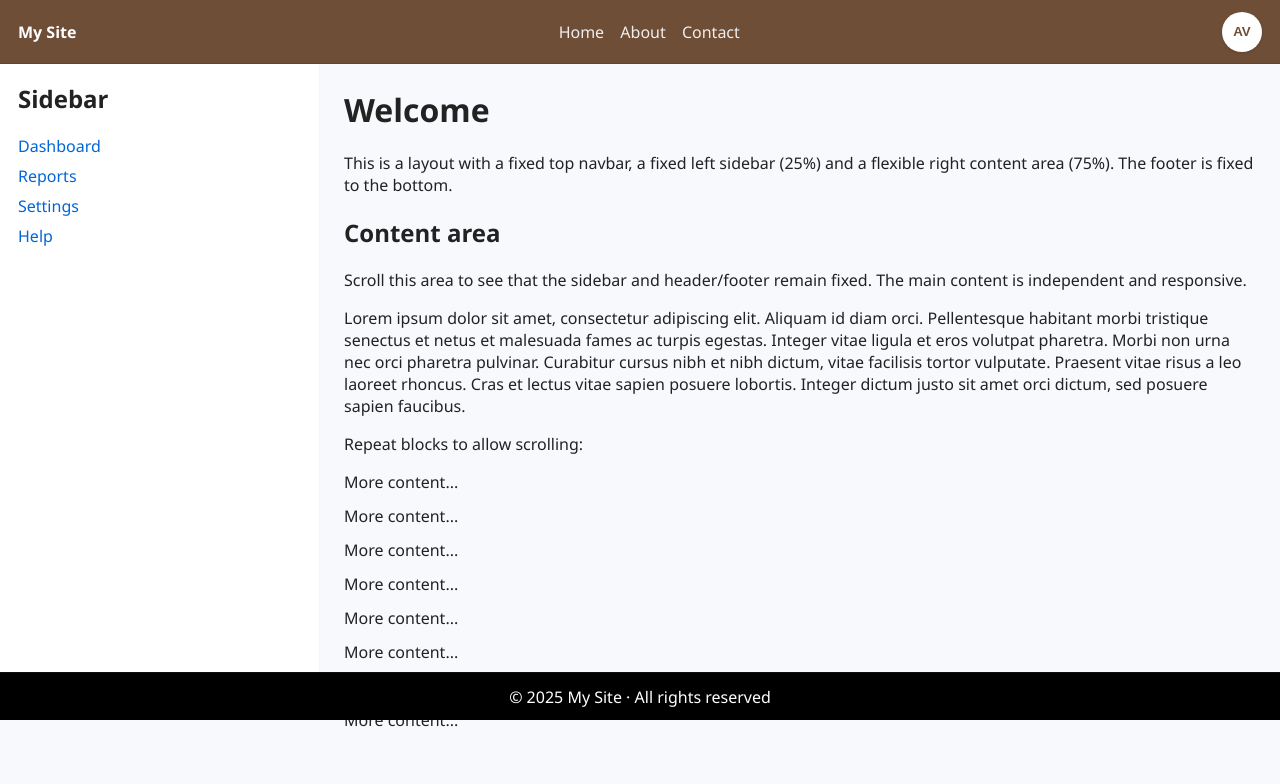
Repository: AdityaTech-Pro/FullStackWithBridgelabz
Page: Assignment8/WebPageWithFixedNavbarAndFooter/index.html
These files come from the project's save history. The page is drawn as it stood at one moment and after the next save; the edit follows.
The browser window is 1280 px wide. The pictures show the whole page.

Above is the page before, as saved 2025-11-05 09:22:30.

### Assignment8/WebPageWithFixedNavbarAndFooter/index.html
<!doctype html>
<html lang="en">

<head>
    <meta charset="utf-8" />
    <meta name="viewport" content="width=device-width, initial-scale=1" />
    <title>Fixed Navbar, Sidebar & Footer Layout</title>
    <link rel="stylesheet" href="styles.css">
</head>

<body>
    <header class="site-header">
        <div class="brand">My Site</div>
        <nav class="top-nav">
            <a href="#">Home</a>
            <a href="#">About</a>
            <a href="#">Contact</a>
        </nav>
        <!-- Profile circle (initials shown if no image) -->
        <button class="profile" title="User menu" aria-label="User menu">AV</button>
    </header>

    <aside class="sidebar-left" aria-label="Primary sidebar">
        <div class="sidebar-inner">
            <h2>Sidebar</h2>
            <ul>
                <li><a href="#">Dashboard</a></li>
                <li><a href="#">Reports</a></li>
                <li><a href="#">Settings</a></li>
                <li><a href="#">Help</a></li>
            </ul>
        </div>
    </aside>

    <main class="main-content">
        <div class="content-inner">
            <h1>Welcome</h1>
            <p>This is a layout with a fixed top navbar, a fixed left sidebar (25%) and a flexible right content area (75%). The footer is fixed to the bottom.</p>

            <section>
                <h2>Content area</h2>
                <p>Scroll this area to see that the sidebar and header/footer remain fixed. The main content is independent and responsive.</p>
                <p>Lorem ipsum dolor sit amet, consectetur adipiscing elit. Aliquam id diam orci. Pellentesque habitant morbi tristique senectus et netus et malesuada fames ac turpis egestas. Integer vitae ligula et eros volutpat pharetra. Morbi non urna
                    nec orci pharetra pulvinar. Curabitur cursus nibh et nibh dictum, vitae facilisis tortor vulputate. Praesent vitae risus a leo laoreet rhoncus. Cras et lectus vitae sapien posuere lobortis. Integer dictum justo sit amet orci dictum,
                    sed posuere sapien faucibus.</p>
                <p>Repeat blocks to allow scrolling:</p>
                <div class="filler">
                    <p>More content...</p>
                    <p>More content...</p>
                    <p>More content...</p>
                    <p>More content...</p>
                    <p>More content...</p>
                    <p>More content...</p>
                    <p>More content...</p>
                    <p>More content...</p>
                </div>
            </section>
        </div>
    </main>

    <footer class="site-footer">
        <div>© 2025 My Site · All rights reserved</div>
    </footer>
</body>

</html>

### Assignment8/WebPageWithFixedNavbarAndFooter/styles.css
:root{
  --header-height: 64px;
  --footer-height: 48px;
  --sidebar-width: 25%; /* left sidebar width */
  --gap: 16px;
  --bg: #f7f9fc;
  --accent: #0366d6;
  --header-bg: #6F4E37; /* coffee brown */
  --header-text: #ffffff;
  --footer-bg: #000000;
  --footer-text: #ffffff;
}

*{box-sizing:border-box}
html,body{height:100%;margin:0;font-family:Segoe UI, Roboto, Arial, sans-serif;background:var(--bg);color:#222}

/* Header */
.site-header{
  position:fixed;
  top:0;left:0;right:0;
  height:var(--header-height);
  background:var(--header-bg);
  color:var(--header-text);
  border-bottom:1px solid rgba(0,0,0,0.12);
  display:flex;align-items:center;justify-content:space-between;
  gap:12px;padding:0 18px;z-index:1000;
}
.site-header .brand{font-weight:700;color:var(--header-text)}
.top-nav a{margin-left:12px;color:rgba(255,255,255,0.9);text-decoration:none}

/* Profile avatar in header */
.profile{
  margin-left:12px;
  width:40px;height:40px;border-radius:50%;
  display:inline-flex;align-items:center;justify-content:center;
  background:#fff;color:var(--header-bg);border:0;cursor:pointer;font-weight:600;
  box-shadow:0 1px 3px rgba(0,0,0,0.15);
}
.profile:focus{outline:3px solid rgba(255,255,255,0.25);outline-offset:3px}

/* Footer */
.site-footer{
  position:fixed;left:0;right:0;bottom:0;
  height:var(--footer-height);
  background:var(--footer-bg);border-top:1px solid rgba(255,255,255,0.06);
  color:var(--footer-text);display:flex;align-items:center;justify-content:center;padding:0 18px;z-index:1000;
}

/* Left sidebar (fixed between header & footer) */
.sidebar-left{
  position:fixed;left:0;top:var(--header-height);bottom:var(--footer-height);
  width:var(--sidebar-width);
  background:#ffffff;padding:18px;border-right:1px solid rgba(0,0,0,0.04);overflow:auto;z-index:900;
}
.sidebar-left h2{margin-top:0}
.sidebar-left ul{list-style:none;padding:0;margin:0}
.sidebar-left li{margin:8px 0}
.sidebar-left a{text-decoration:none;color:#0366d6}

/* Main content (to the right, flexible) */
.main-content{
  margin-left:var(--sidebar-width);
  margin-top:var(--header-height);
  margin-bottom:var(--footer-height);
  padding:24px;min-height:calc(100vh - var(--header-height) - var(--footer-height));
  /* make main scroll if content overflows */
  overflow:auto;
}
.content-inner{max-width:1100px;margin:0 auto;background:transparent}

.filler p{margin:12px 0}

/* Small visual helpers */
h1{margin-top:0}

/* Responsive: collapse sidebar for narrow viewports */
@media (max-width:900px){
  :root{--sidebar-width:280px}
}
@media (max-width:700px){
  /* Move sidebar to top as a collapsible block */
  .sidebar-left{position:relative;top:0;left:0;width:100%;height:auto;border-right:0;border-bottom:1px solid rgba(0,0,0,0.06);}
  .main-content{margin-left:0}
  .site-header{padding:0 12px}
}

/* Small touches for keyboard focus */
a:focus{outline:2px dashed rgba(3,102,214,0.4);outline-offset:2px}

After the next save:
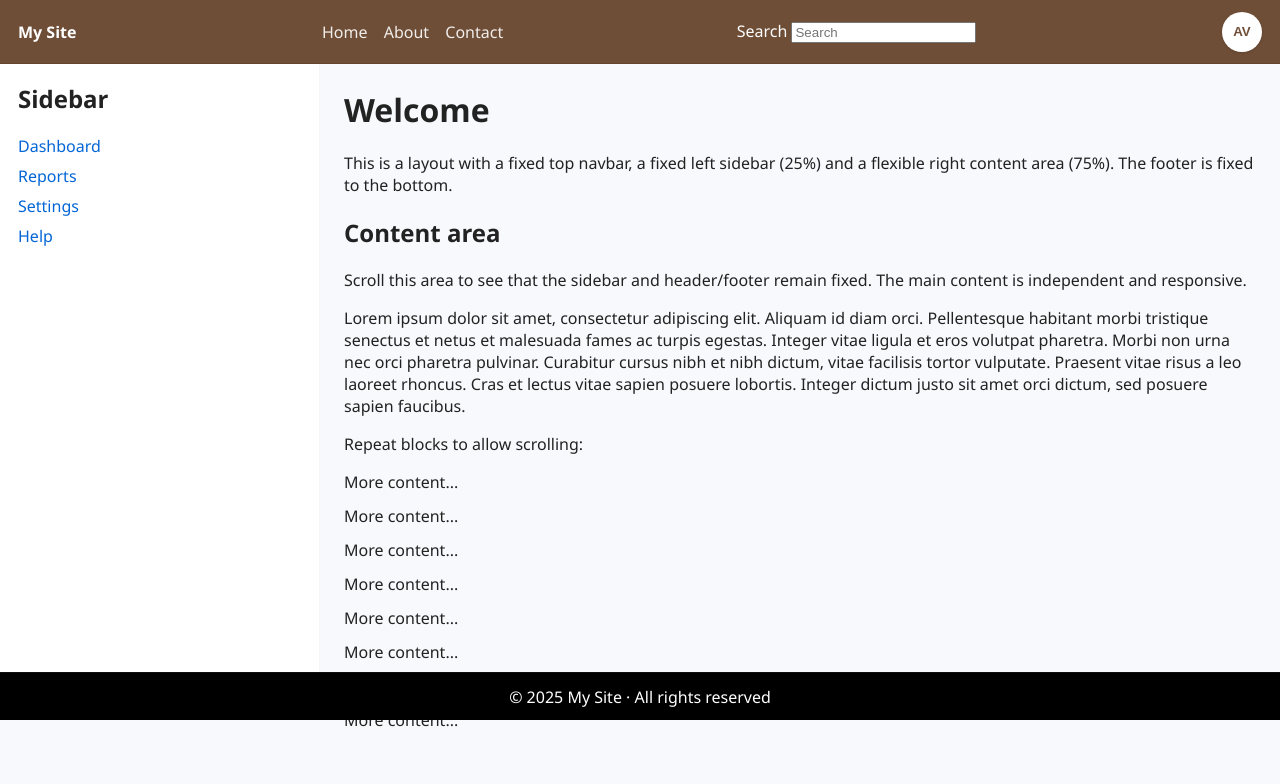
Saved 4 min 44 s later.
--- a/Assignment8/WebPageWithFixedNavbarAndFooter/index.html
+++ b/Assignment8/WebPageWithFixedNavbarAndFooter/index.html
@@ -16,6 +16,13 @@
             <a href="#">About</a>
             <a href="#">Contact</a>
         </nav>
+
+        <!-- Search form placed between nav and profile -->
+        <form class="nav-search" role="search" action="#" method="get">
+            <label for="nav-search-input" class="sr-only">Search</label>
+            <input id="nav-search-input" type="search" name="q" placeholder="Search" aria-label="Search" />
+        </form>
+
         <!-- Profile circle (initials shown if no image) -->
         <button class="profile" title="User menu" aria-label="User menu">AV</button>
     </header>
